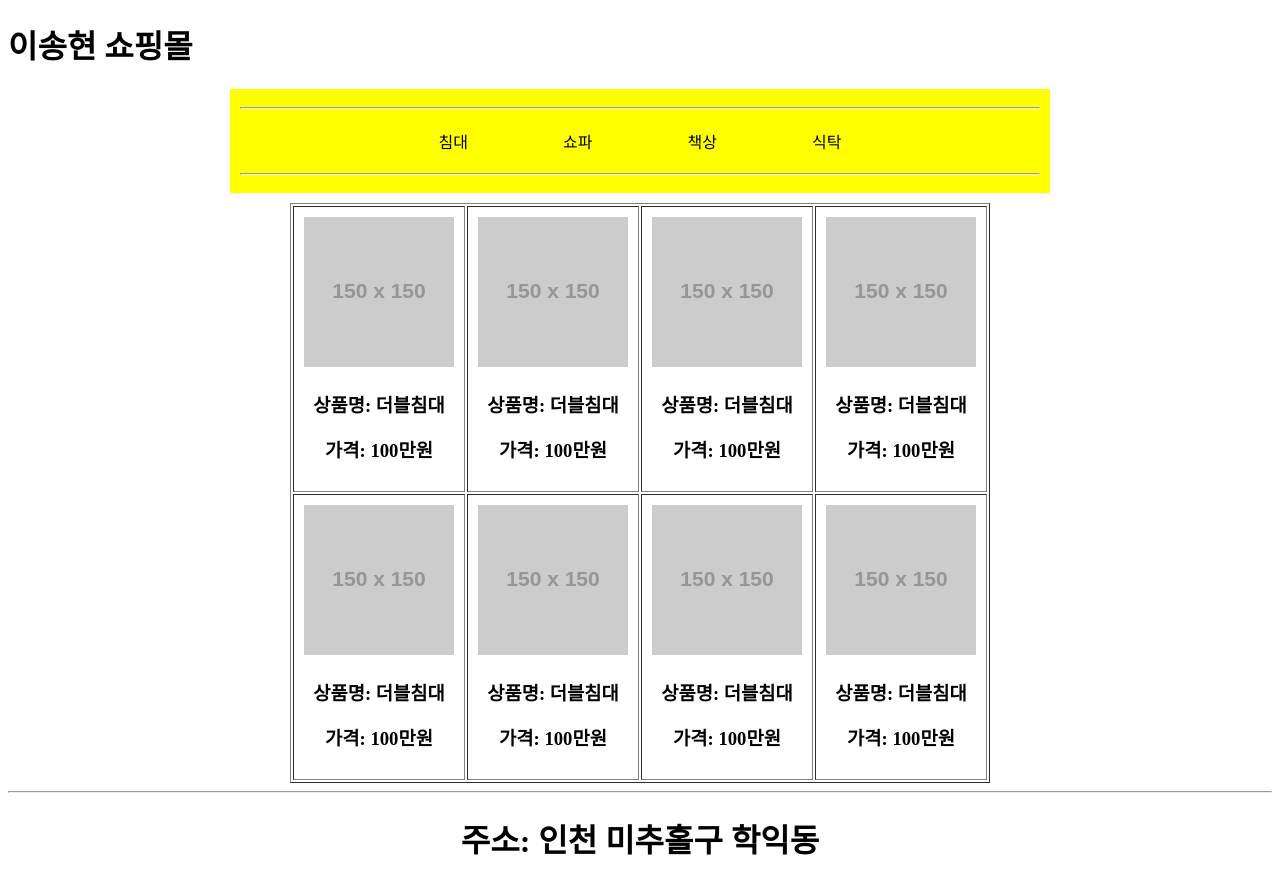
Repository: kmg8138/html
Page: 2020.04.06/ex0406/WebContent/ex07.html
The author's editor kept a copy of each file at every save. The page is drawn from the files as they stood at one save, then again after the next save.
The browser window is 1280 px wide. The pictures show the whole page.

Above is the page before, as saved 2020-04-06 07:47:38.

### 2020.04.06/ex0406/WebContent/ex07.html
<!DOCTYPE html>
<html>
<head>
	<style>
		title{text-align: center;}
		table{margin:0px auto;} /*테이블 가운데정렬*/
		td{text-align: center; padding: 10px}
		heder, footer{text-align: center;}
		nav{width:800px; padding: 10px; background: yellow;
			margin: 10px auto;}
	</style>
	<meta charset="UTF-8">
	<title>이송현 쇼핑몰</title>
</head>
<body>
	<header>
		<h1>이송현 쇼핑몰</h1>
	</header>

	<nav>
		<hr/>
		<table width=500>
			<tr>
				<td>침대</td>
				<td>쇼파</td>
				<td>책상</td>
				<td>식탁</td>
			</tr>
		</table>
		<hr/>
	</nav>

	<section>
		<table border=1 width=600>
			<tr>
				<td>
					<img src="http://placehold.it/150x150"><br>
					<h3>상품명: 더블침대<br></h3>
					<h3>가격: 100만원</h3>
				</td>
				<td>
					<img src="http://placehold.it/150x150"><br>
					<h3>상품명: 더블침대<br></h3>
					<h3>가격: 100만원</h3>
				</td>
				<td>
					<img src="http://placehold.it/150x150"><br>
					<h3>상품명: 더블침대<br></h3>
					<h3>가격: 100만원</h3>
				</td>
				<td>
					<img src="http://placehold.it/150x150"><br>
					<h3>상품명: 더블침대<br></h3>
					<h3>가격: 100만원</h3>
				</td>
			</tr>
			<tr>
				<td>
					<img src="http://placehold.it/150x150"><br>
					<h3>상품명: 더블침대<br></h3>
					<h3>가격: 100만원</h3>
				</td>
				<td>
					<img src="http://placehold.it/150x150"><br>
					<h3>상품명: 더블침대<br></h3>
					<h3>가격: 100만원</h3>
				</td>
				<td>
					<img src="http://placehold.it/150x150"><br>
					<h3>상품명: 더블침대<br></h3>
					<h3>가격: 100만원</h3>
				</td>
				<td>
					<img src="http://placehold.it/150x150"><br>
					<h3>상품명: 더블침대<br></h3>
					<h3>가격: 100만원</h3>
				</td>
			</tr>
		</table>
	</section>

	<footer>
		<hr/>
		<h1>주소: 인천 미추홀구 학익동</h1>
	</footer>
</body>
</html>

After the next save:
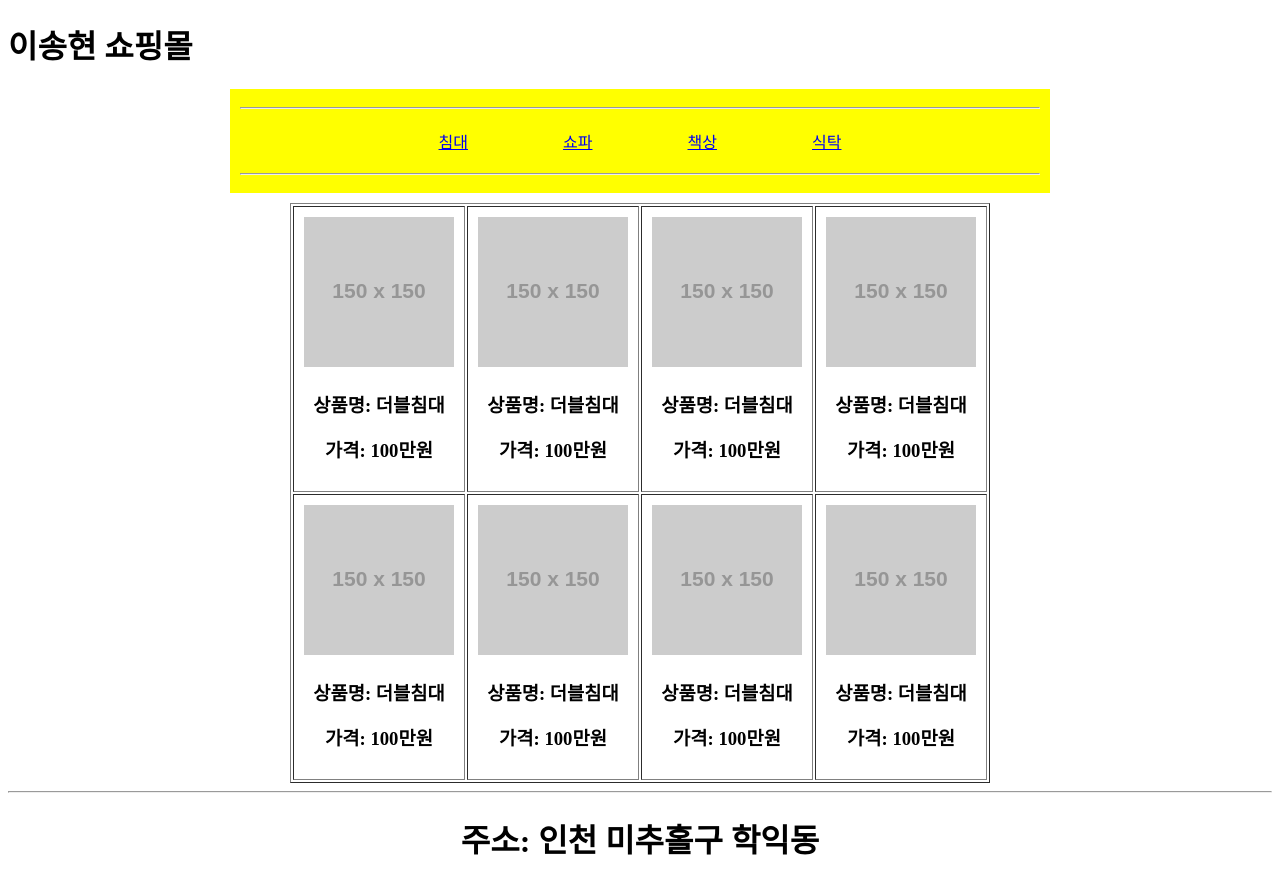
Saved 2 min 33 s later.
--- a/2020.04.06/ex0406/WebContent/ex07.html
+++ b/2020.04.06/ex0406/WebContent/ex07.html
@@ -1,6 +1,8 @@
 <!DOCTYPE html>
 <html>
 <head>
+	<meta charset="UTF-8">
+	<title>이송현 쇼핑몰</title>
 	<style>
 		title{text-align: center;}
 		table{margin:0px auto;} /*테이블 가운데정렬*/
@@ -9,8 +11,6 @@
 		nav{width:800px; padding: 10px; background: yellow;
 			margin: 10px auto;}
 	</style>
-	<meta charset="UTF-8">
-	<title>이송현 쇼핑몰</title>
 </head>
 <body>
 	<header>
@@ -21,10 +21,10 @@
 		<hr/>
 		<table width=500>
 			<tr>
-				<td>침대</td>
-				<td>쇼파</td>
-				<td>책상</td>
-				<td>식탁</td>
+				<td><a href="#">침대</a></td>
+				<td><a href="#">쇼파</a></td>
+				<td><a href="#">책상</a></td>
+				<td><a href="#">식탁</a></td>
 			</tr>
 		</table>
 		<hr/>
